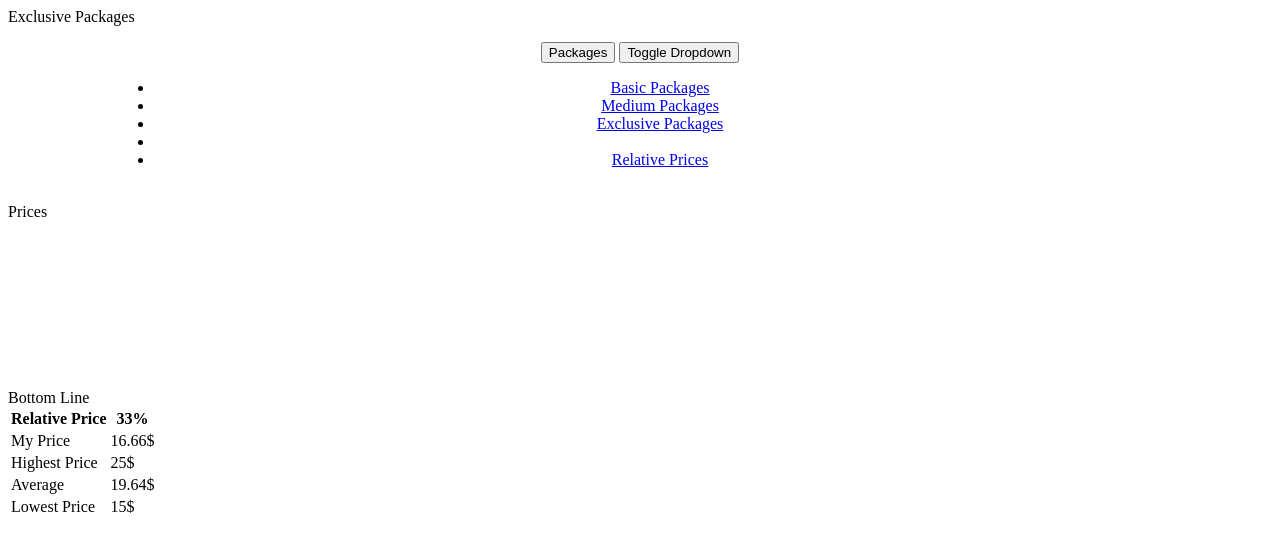
Repository: netaosman/Price-try-course
Page: prixceFrontEnd/src/main/webapp/Prixce_FrontEnd/HTML/Market/pricesPack/HighPackages.html
These files come from the project's save history. The page is drawn as it stood at one moment and after the next save; the edit follows.
The browser window is 1280 px wide. The pictures show the whole page.

Above is the page before, as saved 2017-09-23 03:08:16.

### prixceFrontEnd/src/main/webapp/Prixce_FrontEnd/HTML/Market/pricesPack/HighPackages.html
<p class="sub-header">Exclusive Packages</p>

<div class="container-fluid">
	<div class="dropdown" align="center">
		<!-- Split button -->
		<div class="btn-group">
			<button type="button" id="first-btn" class="btn btn-default">Packages</button>
			<button type="button" class="btn btn-default dropdown-toggle"
				data-toggle="dropdown" aria-haspopup="true" aria-expanded="false">
				<span class="caret"></span> <span class="sr-only">Toggle
					Dropdown</span>
			</button>
			<ul class="dropdown-menu" id="first-menu" style="width: 80%">
				<li><a href="#/BasicPackages">Basic Packages</a></li>
				<li><a href="#/MedPackages">Medium Packages</a></li>
				<li><a href="#/HighPackages">Exclusive Packages</a></li>
				<li role="separator" class="divider"></li>
				<li><a href="#/RelativePrices">Relative Prices</a></li>
			</ul>
		</div>
	</div>
	<br>
	<div class="row placeholders">
		<div class="col-xs-12 col-md-8" ng-controller="PricesHighCtrl">
			<div class="panel panel-default-1">
				<div class="panel-heading">Prices</div>
				<div class="panel-body">
					<!-- <div class="panel-title">Prices</div> -->
					<br>
					<canvas id="base" class="chart-horizontal-bar" chart-data="data"
						chart-labels="labels" chart-colors="colors">
                                </canvas>
				</div>
			</div>
		</div>
		<div class="col-xs-12 col-md-4">
			<div class="panel panel-default-1">
				<div class="panel-heading">Bottom Line</div>
				<div class="panel-body">
					<table class="table">
						<thead>
							<tr>
								<th class="relative">Relative Price</th>
								<th class="relative-price">33%</th>
							</tr>
						</thead>
						<tbody>
							<tr>
								<td class="title-prices"><span
									class="glyphicon glyphicon-hand-right" aria-hidden="true"></span>
									My Price</td>
								<td class="prices">16.66$</td>
							</tr>
							<tr>
								<td class="title-prices"><span
									class="glyphicon glyphicon-hand-up" aria-hidden="true"></span>
									Highest Price</td>
								<td class="prices">25$</td>
							</tr>
							<tr>
								<td class="title-prices"><span
									class="glyphicon glyphicon-hand-left" aria-hidden="true"></span>
									Average</td>
								<td class="prices">19.64$</td>
							</tr>
							<tr>
								<td class="title-prices"><span
									class="glyphicon glyphicon-thumbs-down" aria-hidden="true"></span>
									Lowest Price</td>
								<td class="prices">15$</td>
							</tr>
						</tbody>

					</table>
				</div>
			</div>
		</div>
	</div>
</div>

After the next save:
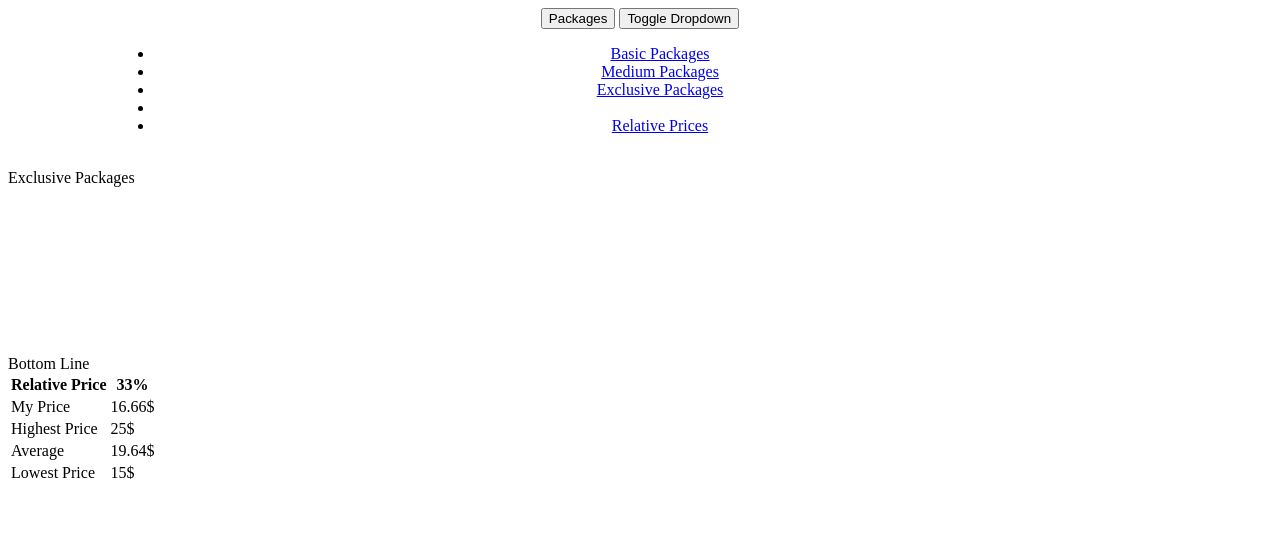
Saved 77 s later.
--- a/prixceFrontEnd/src/main/webapp/Prixce_FrontEnd/HTML/Market/pricesPack/HighPackages.html
+++ b/prixceFrontEnd/src/main/webapp/Prixce_FrontEnd/HTML/Market/pricesPack/HighPackages.html
@@ -1,4 +1,4 @@
-<p class="sub-header">Exclusive Packages</p>
+<!--  <p class="sub-header">Exclusive Packages</p>-->
 
 <div class="container-fluid">
 	<div class="dropdown" align="center">
@@ -23,7 +23,7 @@
 	<div class="row placeholders">
 		<div class="col-xs-12 col-md-8" ng-controller="PricesHighCtrl">
 			<div class="panel panel-default-1">
-				<div class="panel-heading">Prices</div>
+				<div class="panel-heading">Exclusive Packages</div>
 				<div class="panel-body">
 					<!-- <div class="panel-title">Prices</div> -->
 					<br>
